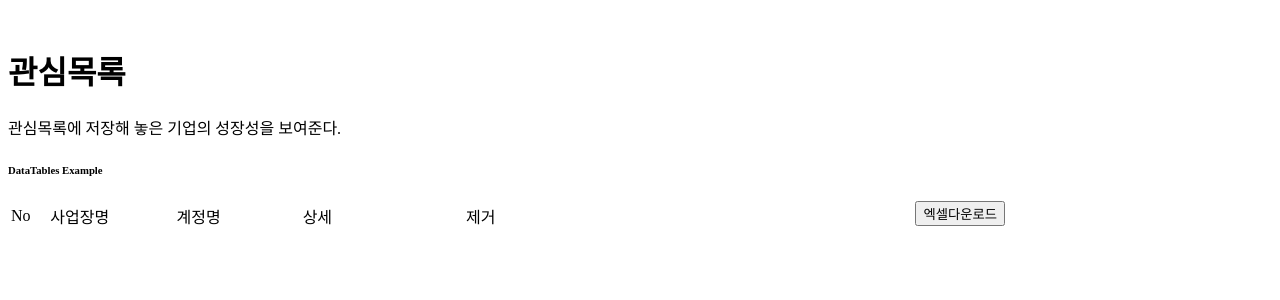
Repository: bangProgram/PJT_Finance
Page: http://localhost/Finance/WEB-INF/views/interest/interestList.jsp
The author's editor kept a copy of each file at every save. The page is drawn from the files as they stood at one save, then again after the next save.
The browser window is 1280 px wide. The pictures show the whole page.
The page is served by Tomcat 9. Nobody is signed in. The template is opened directly, without the code that normally fills it, so the values that code supplies are empty.

Above is the page before, as saved 2022-11-02 08:28:50.
Console error: SyntaxError: Unexpected token ','

After the next save:
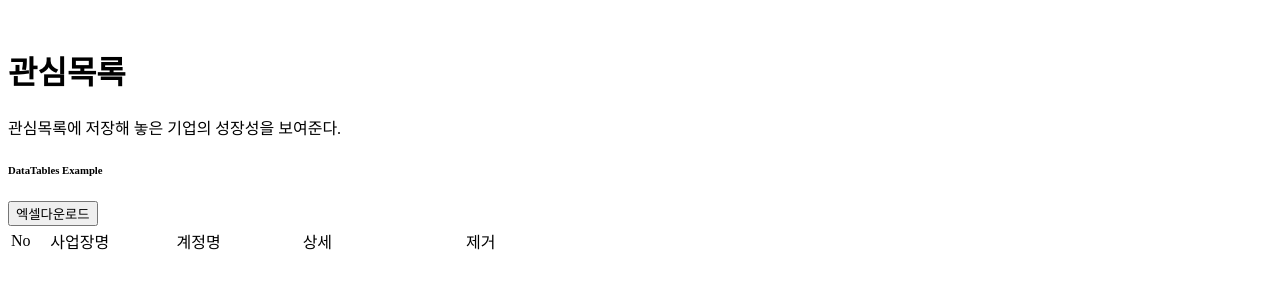
Saved 6 min 31 s later.
--- a/Finance/src/main/webapp/WEB-INF/views/interest/interestList.jsp
+++ b/Finance/src/main/webapp/WEB-INF/views/interest/interestList.jsp
@@ -168,11 +168,9 @@ function delInterest(corpCd, corpNm, stockCd){
         </div>
         <div class="card-body">
             <div class="table-responsive" >
-            	<div style="position: fixed; right: 275px;">
 					<button class="dt-button buttons-excel buttons-html5 btn btn-outline-primary excelBtn" tabindex="0" aria-controls="yearReprtList" onclick="toggleTabel(); return false;">
 						<span>엑셀다운로드</span>
 					</button>
-                </div>
                 <table id="yearReprtList" class="table table-bordered" id="dataTable" width="100%" >
                 	<colgroup>
                 		<col width="3%"/>
